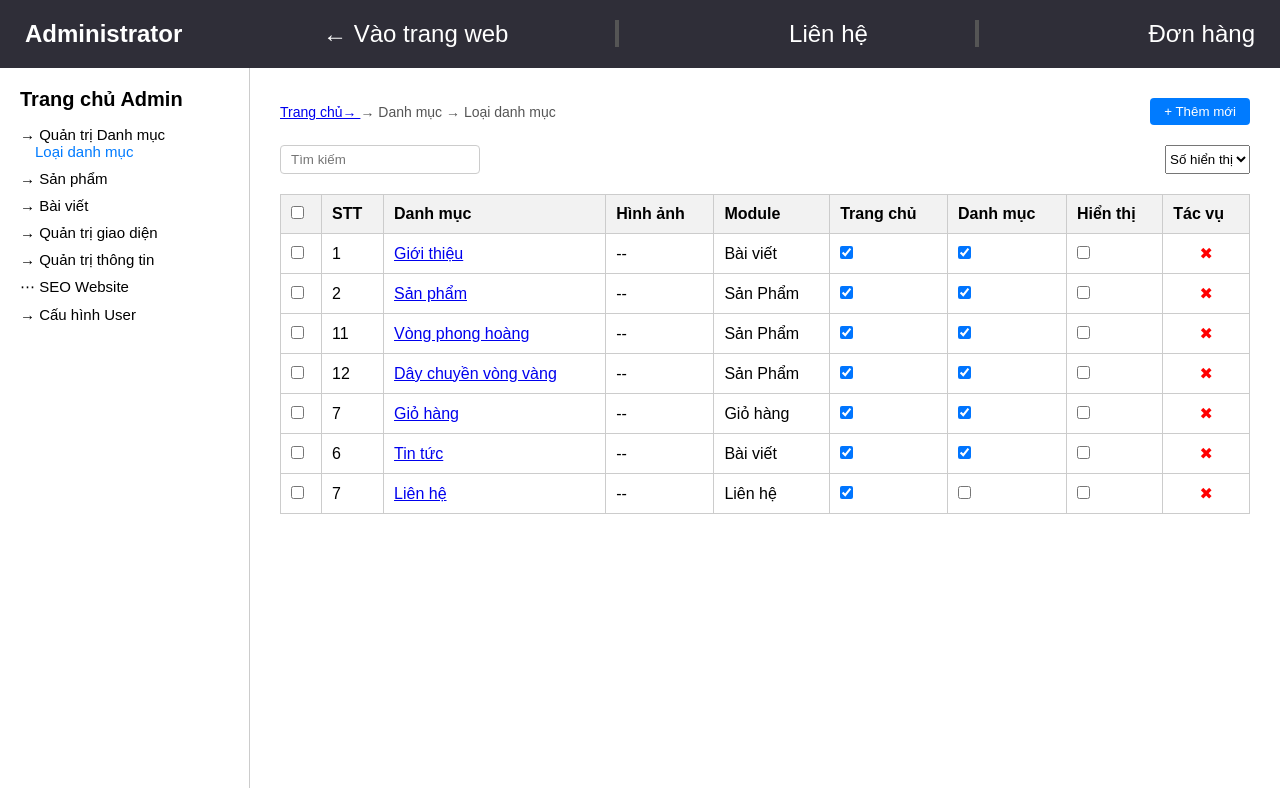
Repository: TranTanDat0606/Du-An-1
Page: Admin]/admin.html
The author's editor kept a copy of each file at every save. The page is drawn from the files as they stood at one save, then again after a run of saves.
The browser window is 1280 px wide. The pictures show the whole page.

Above is the page before, as saved 2025-07-30 15:54:02.

After the next 3 saves:
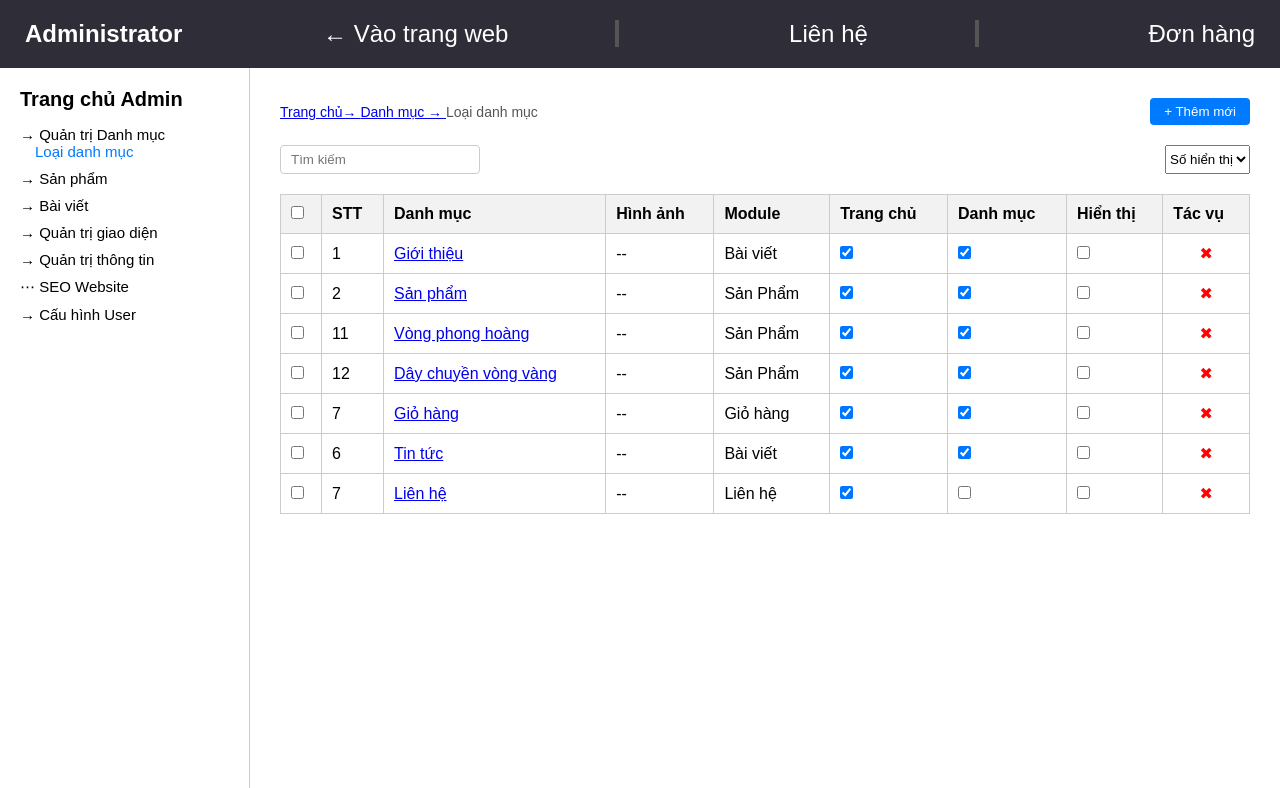
The 3 saves are shown as one change because they came seconds apart.
The last was saved 20 s later.
--- a/Admin]/admin.html
+++ b/Admin]/admin.html
@@ -33,7 +33,7 @@
     </aside>
     <main class="main-content">
     <div class="header-bar">
-        <span class="breadcrumbs"><a href="#">Trang chủ→ </a>→ Danh mục → Loại danh mục</span>
+        <span class="breadcrumbs"><a href="#">Trang chủ→ </a><a href="#">Danh mục → </a>Loại danh mục</span>
         <button class="btn-new">+ Thêm mới</button>
     </div>
 
